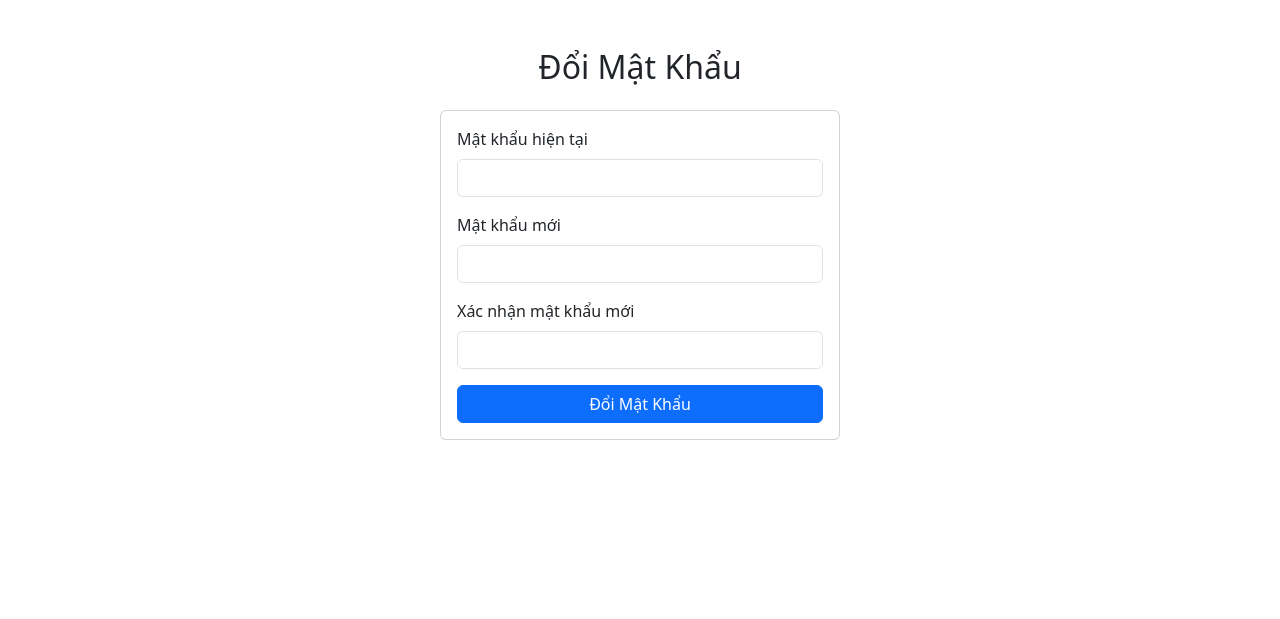
Repository: manhtdxxx/Tour-Booking-Webapp
Page: http://localhost/bookingTour/changepassword.jsp
These files come from the project's save history. The page is drawn as it stood at one moment and after the next save; the edit follows.
The browser window is 1280 px wide. The pictures show the whole page.
The page is served by Tomcat 9.

Above is the page before, as saved 2024-11-10 15:53:36.

After the next save:
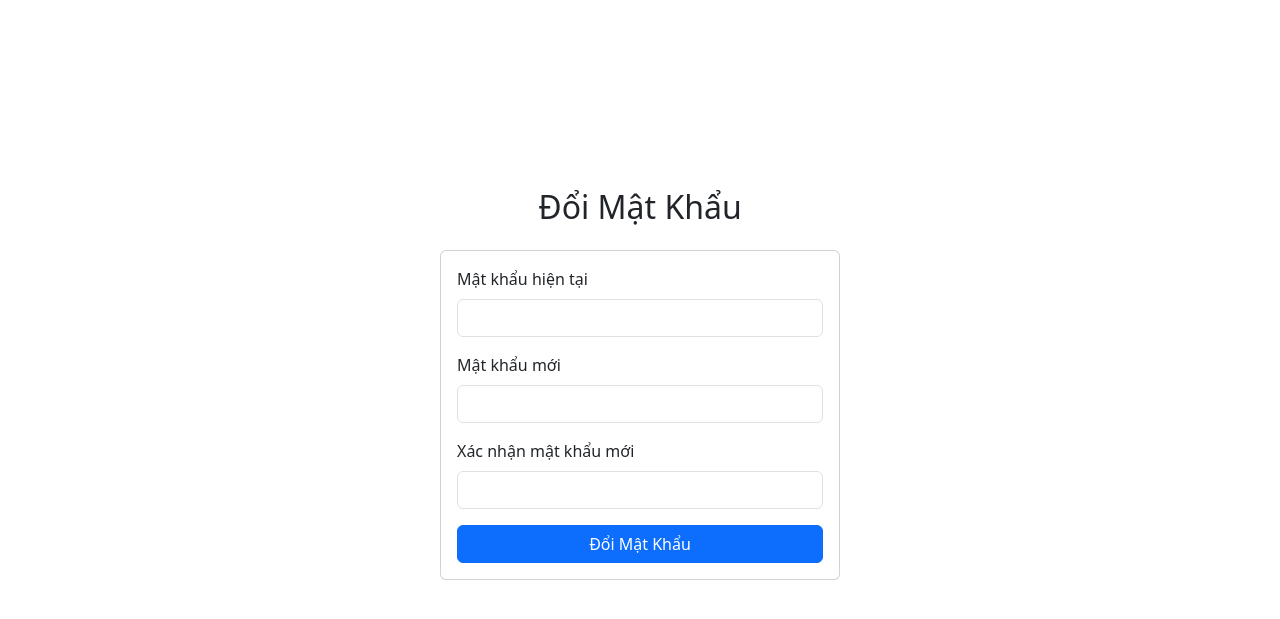
Saved 21 s later.
--- a/bookingTour/src/main/webapp/changepassword.jsp
+++ b/bookingTour/src/main/webapp/changepassword.jsp
@@ -10,7 +10,7 @@
 <script src="https://cdn.jsdelivr.net/npm/bootstrap@5.3.3/dist/js/bootstrap.bundle.min.js"></script>
 </head>
 
-<body>
+<body class="d-flex align-items-center justify-content-center vh-100">
 	<div class="container mt-5">
 		<h2 class="text-center mb-4">Đổi Mật Khẩu</h2>
 		<div class="card mx-auto" style="max-width: 400px;">
